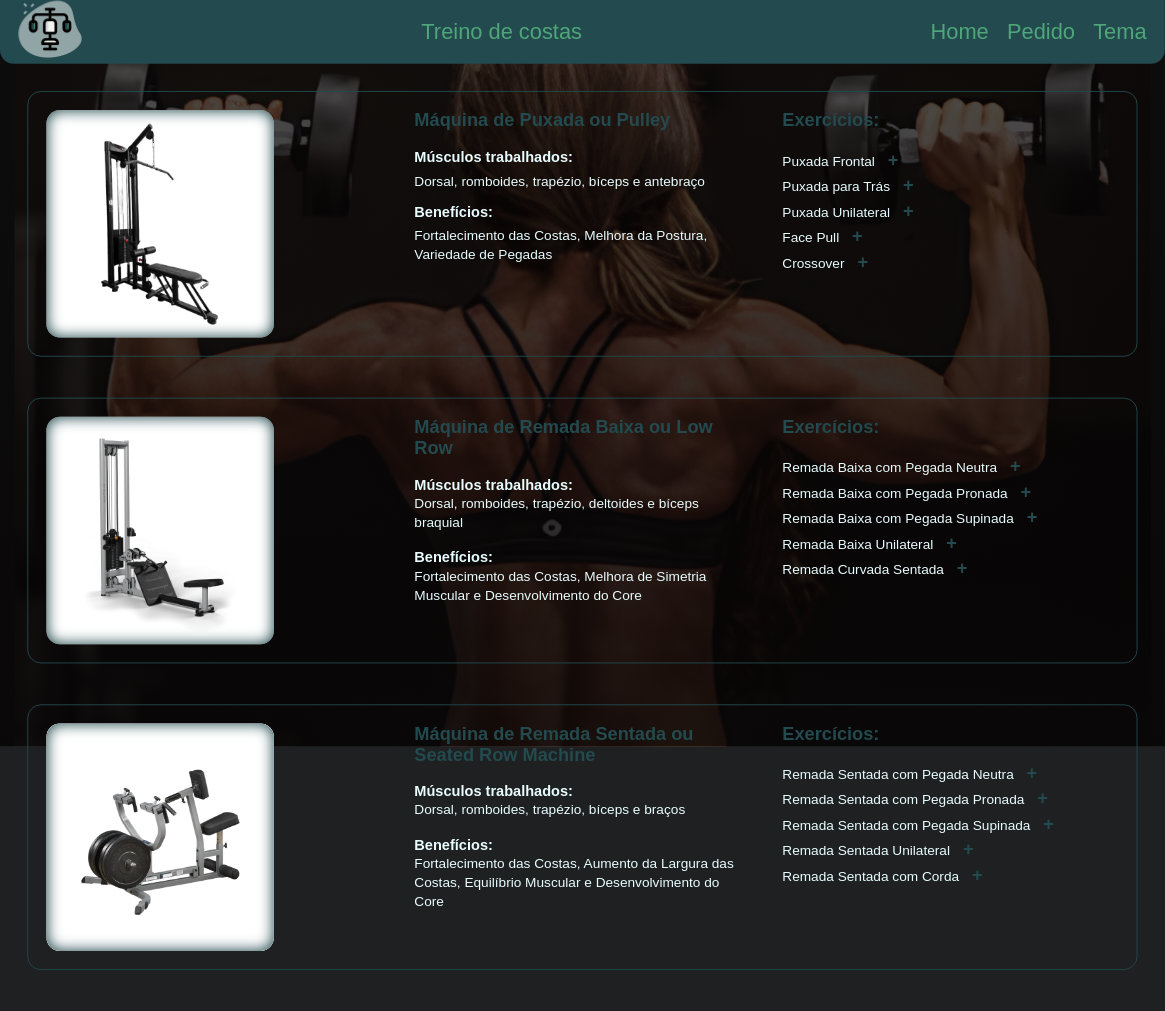
Repository: Marinalr-25/Projeto-Aparelhos-de-Academia
Page: costas.html
An editor plug-in stored every save of this project. The page is shown before and after the next save, followed by the edit.
The browser window is 1280 px wide. The pictures show the whole page, at 91% of full size.
Backgrounds fixed to the window are drawn as part of the page.

Above is the page before, as saved 2025-01-07 15:05:40.
Console error: TypeError: Cannot read properties of null (reading 'addEventListener')

### costas.html
<!DOCTYPE html>
<html lang="pt">
  <head>
    <meta charset="UTF-8" />
    <meta name="viewport" content="width=device-width, initial-scale=1.0" />
    <link rel="stylesheet" href="css/style.css" />
    <link rel="stylesheet" href="css/temas.css" />
    <link
      rel="stylesheet"
      href="css/media-990.css"
      media="(max-width: 990px)"
    />
    <link
      rel="stylesheet"
      href="css/media-767.css"
      media="(max-width: 767px)"
    />

    <link
      rel="stylesheet"
      href="css/media-660.css"
      media="(max-width: 660px)"
    />
    <link
      rel="stylesheet"
      href="css/media-580.css"
      media="(max-width: 580px)"
    />

    <title>costas</title>
  </head>
  <body class="body costas">
    <header class="header sobe">
      <a href="telaPrincipal.html">
        <img class="logo" src="imagens/logoverde.png" alt="logo" />
      </a>
      <p>Treino de costas</p>
      <nav>
        <ul>
          <li class="lista-cabecalho" class="homeCostas">
            <a href="telaPrincipal.html">Home</a>
          </li>
          <li class="lista-cabecalho" id="pedido">
            <a href="pedido.html">Pedido</a>
          </li>
          <li class="lista-cabecalho" id="tema"><a href="#">Tema</a></li>
        </ul>
      </nav>
      <div class="nav-icones">
        <svg
          xmlns="http://www.w3.org/2000/svg"
          class="nav-icone--menu"
          viewBox="0 0 512 512"
        >
          <path
            fill="none"
            stroke="currentColor"
            stroke-linecap="round"
            stroke-miterlimit="10"
            stroke-width="32"
            d="M80 160h352M80 256h352M80 352h352"
          ></path>
        </svg>

        <svg
          xmlns="http://www.w3.org/2000/svg"
          class="nav-icone--fechar"
          viewBox="0 0 512 512"
        >
          <path
            fill="none"
            stroke="currentColor"
            stroke-linecap="round"
            stroke-linejoin="round"
            stroke-width="32"
            d="M368 368L144 144M368 144L144 368"
          ></path>
        </svg>
      </div>
    </header>
    <main class="mainBody move-bottom">
      <section>
        <div class="container">
          <div class="maquinas">
            <div class="img-maquinas">
              <img src="aparelhos/maquina-pulley.png" alt="maquina-pulley" />
            </div>
            <div class="informacoes">
              <div>
                <h2 class="title">Máquina de Puxada ou Pulley</h2>
              </div>
              <div class="separar">
                <div class="infos">
                  <h3 class="h3">Músculos trabalhados:</h3>
                  <p class="info">
                    Dorsal, romboides, trapézio, bíceps e antebraço
                  </p>
                </div>
                <div class="infos">
                  <h3 class="h3">Benefícios:</h3>
                  <p class="info">
                    Fortalecimento das Costas, Melhora da Postura, Variedade de
                    Pegadas
                  </p>
                </div>
              </div>
            </div>
            <div class="exercicios">
              <h3 class="title">Exercícios:</h3>
              <ul>
                <li>
                  Puxada Frontal
                  <span class="mais">+</span>
                  <div class="tooltip">
                    Sente-se na máquina, segure a barra com as mãos afastadas na
                    largura dos ombros (pegada pronada ou neutra) e puxe a barra
                    em direção ao peito, mantendo os cotovelos para baixo e para
                    trás.
                  </div>
                </li>
                <li>
                  Puxada para Trás
                  <span class="mais">+</span>
                  <div class="tooltip">
                    Sente-se na máquina, segure a barra com as palmas para cima
                    e as mãos mais afastadas que a largura dos ombros e puxe a
                    barra em direção ao peito, mantendo os cotovelos para trás e
                    perto do corpo
                  </div>
                </li>
                <li>
                  Puxada Unilateral
                  <span class="mais">+</span>
                  <div class="tooltip">
                    Sente-se ou fique de pé, segurando uma alça com uma mão e
                    mantendo o tronco estável, com a outra mão livre ou
                    segurando o apoio da máquina. Puxe o cabo em direção ao
                    tronco, mantendo o cotovelo próximo ao corpo e a escápula
                    contraída.
                  </div>
                </li>
                <li>
                  Face Pull
                  <span class="mais">+</span>
                  <div class="tooltip">
                    Segure a corda com as duas mãos e puxe o cabo em direção ao
                    rosto, ativando os deltoides posteriores e o trapézio.
                  </div>
                </li>
                <li>
                  Crossover
                  <span class="mais">+</span>
                  <div class="tooltip">
                    Com as cordas ou alças ajustadas nas duas extremidades da
                    máquina, puxe as alças cruzando-as à frente do corpo, como
                    se estivesse tentando juntar as mãos em um movimento de
                    abertura de peito.
                  </div>
                </li>
              </ul>
            </div>
          </div>
          <div class="maquinas">
            <div class="img-maquinas">
              <img src="aparelhos/maquina-low-row.png" alt="maquina-pulley" />
            </div>
            <div class="informacoes">
              <div>
                <h2 class="title">Máquina de Remada Baixa ou Low Row</h2>
              </div>
              <div class="infos">
                <h3 class="h3">Músculos trabalhados:</h3>
                <p class="info">
                  Dorsal, romboides, trapézio, deltoides e bíceps braquial
                </p>
              </div>
              <div class="infos">
                <h3 class="h3">Benefícios:</h3>
                <p class="info">
                  Fortalecimento das Costas, Melhora de Simetria Muscular e
                  Desenvolvimento do Core
                </p>
              </div>
            </div>
            <div class="exercicios">
              <h3 class="title">Exercícios:</h3>
              <ul>
                <li>
                  Remada Baixa com Pegada Neutra
                  <span class="mais">+</span>
                  <div class="tooltip">
                    Esse é o exercício clássico na máquina, onde a pessoa usa um
                    pegador em formato de "V" (pegada neutra) para trabalhar
                    principalmente a espessura da parte média das costas, com
                    foco nos músculos romboides e dorsais
                  </div>
                </li>
                <li>
                  Remada Baixa com Pegada Pronada
                  <span class="mais">+</span>
                  <div class="tooltip">
                    Nessa variação, o pegador é reto e a pegada é com as palmas
                    voltadas para baixo, o que enfatiza mais o trapézio e o
                    latíssimo do dorso, além de dar um estímulo aos romboides
                  </div>
                </li>
                <li>
                  Remada Baixa com Pegada Supinada
                  <span class="mais">+</span>
                  <div class="tooltip">
                    Aqui a pegada é invertida, com as palmas das mãos voltadas
                    para cima. Essa variação ajuda a ativar mais o bíceps junto
                    com as costas, criando um movimento que trabalha tanto a
                    parte superior quanto inferior das costas
                  </div>
                </li>
                <li>
                  Remada Baixa Unilateral
                  <span class="mais">+</span>
                  <div class="tooltip">
                    Esse exercício é feito segurando o pegador com uma única mão
                    de cada vez, permitindo maior foco no lado direito ou
                    esquerdo das costas separadamente, o que ajuda na simetria e
                    força
                  </div>
                </li>
                <li>
                  Remada Curvada Sentada
                  <span class="mais">+</span>
                  <div class="tooltip">
                    Uma variação onde o tronco se inclina ligeiramente para
                    frente antes de puxar o cabo, ativando diferentes áreas dos
                    dorsais e da parte inferior das costas, além de trabalhar a
                    estabilização
                  </div>
                </li>
              </ul>
            </div>
          </div>
          <div class="maquinas">
            <div class="img-maquinas">
              <img
                class="img-maquinas"
                src="aparelhos/seated-row-machine.png"
                alt="maquina-pulley"
              />
            </div>
            <div class="informacoes">
              <div>
                <h2 class="title">
                  Máquina de Remada Sentada ou Seated Row Machine
                </h2>
              </div>
              <div class="infos">
                <h3 class="h3">Músculos trabalhados:</h3>
                <p class="info">Dorsal, romboides, trapézio, bíceps e braços</p>
              </div>
              <div class="infos">
                <h3 class="h3">Benefícios:</h3>
                <p class="info">
                  Fortalecimento das Costas, Aumento da Largura das Costas,
                  Equilíbrio Muscular e Desenvolvimento do Core
                </p>
              </div>
            </div>
            <div class="exercicios">
              <h3 class="title">Exercícios:</h3>
              <ul>
                <li>
                  Remada Sentada com Pegada Neutra
                  <span class="mais">+</span>
                  <div class="tooltip">
                    Segure as alças com as palmas das mãos voltadas uma para a
                    outra (pegada neutra) e puxe em direção ao tronco, mantendo
                    os cotovelos próximos ao corpo e os ombros relaxados.
                    Contraia as escápulas no final do movimento
                  </div>
                </li>
                <li>
                  Remada Sentada com Pegada Pronada
                  <span class="mais">+</span>
                  <div class="tooltip">
                    Segure a barra com as palmas das mãos voltadas para baixo
                    (pegada pronada) e puxe a barra para o corpo, mantendo os
                    cotovelos alinhados com o tronco. Evite balançar o corpo e
                    use um movimento controlado
                  </div>
                </li>
                <li>
                  Remada Sentada com Pegada Supinada
                  <span class="mais">+</span>
                  <div class="tooltip">
                    Segure a barra com as palmas das mãos voltadas para cima
                    (pegada supinada). Puxe a barra em direção ao corpo,
                    mantendo os cotovelos mais baixos e próximos ao tronco
                  </div>
                </li>
                <li>
                  Remada Sentada Unilateral
                  <span class="mais">+</span>
                  <div class="tooltip">
                    Segure a alça com uma mão e puxe o cabo em direção ao
                    tronco. Mantenha o tronco estável e evite torcer o corpo.
                    Repita o movimento para o outro lado
                  </div>
                </li>
                <li>
                  Remada Sentada com Corda
                  <span class="mais">+</span>
                  <div class="tooltip">
                    Use uma corda para segurar as alças e puxe em direção ao
                    tronco, abrindo as mãos ao final do movimento, aumentando a
                    contração nos romboides e trapézio.
                  </div>
                </li>
              </ul>
            </div>
          </div>
        </div>
      </section>
    </main>
    <section class="pop-up-temas">
      <div class="container">
        <div class="bolinha verde"></div>
        <div class="bolinha azul"></div>
        <div class="bolinha rosa"></div>
        <div class="bolinha vermelho"></div>
        <div class="bolinha roxo"></div>
        <div class="bolinha laranja"></div>
        <svg
          xmlns="http://www.w3.org/2000/svg"
          class="icone-fechar"
          viewBox="0 0 512 512"
        >
          <path
            fill="none"
            stroke="currentColor"
            stroke-linecap="round"
            stroke-linejoin="round"
            stroke-width="32"
            d="M368 368L144 144M368 144L144 368"
          ></path>
        </svg>
      </div>
    </section>
    <script src="js/script.js"></script>
    <script src="js/costas.js"></script>
    <script src="js/temas.js"></script>
  </body>
</html>

### css/temas.css
:root {
  --cor-fundo: #234a4e;
  --cor-texto: #4fa679;
  --verde-primario: #234a4e;
  --verde-secundario: #4fa679;
  --azul-primario: #0d6bb2;
  --azul-secundario: #83e3ff;
  --rosa-primario: #ae2478;
  --rosa-secundario: #eed3e4;
  --vermelho-primario: #a50000;
  --vermelho-secundario: #e4b2b2;
  --roxo-primario: #4c4c99;
  --roxo-secundario: #c9c9e0;
  --laranja-primario: #ff6c37;
  --laranja-secundario: #ffd2c3;
}

.pop-up-temas {
  display: none;
  transition: opacity 0.3s ease, transform 0.3s ease;
  &.aberto {
    display: flex;
    position: fixed;
    top: 50%;
    left: 50%;
    transform: translate(-50%, -50%);
    opacity: 1;
    height: 18rem;
    background-color: rgba(0, 0, 0, 0.95);
    border-radius: 1.5rem;

    & .container {
      display: flex;
      justify-content: center;
      align-items: center;
      gap: 1rem;
      flex-direction: row;
      padding: 2rem;
      max-width: 65rem;
      position: relative;

      & .bolinha {
        width: 4rem;
        height: 4rem;
        margin: 0.5rem;
        border-radius: 50%;

        &.verde {
          background: linear-gradient(
            to right,
            var(--verde-primario) 50%,
            var(--verde-secundario) 50%
          );
        }
        &.azul {
          background: linear-gradient(
            to right,
            var(--azul-primario) 50%,
            var(--azul-secundario) 50%
          );
        }

        &.rosa {
          background: linear-gradient(
            to right,
            var(--rosa-primario) 50%,
            var(--rosa-secundario) 50%
          );
        }
        &.vermelho {
          background: linear-gradient(
            to right,
            var(--vermelho-primario) 50%,
            var(--vermelho-secundario) 50%
          );
        }
        &.roxo {
          background: linear-gradient(
            to right,
            var(--roxo-primario) 50%,
            var(--roxo-secundario) 50%
          );
        }
        &.laranja {
          background: linear-gradient(
            to right,
            var(--laranja-primario) 50%,
            var(--laranja-secundario) 50%
          );
        }
      }
      & .icone-fechar {
        display: block;
        position: absolute;
        top: 0;
        right: 0;
        color: var(--cor-texto);
        z-index: 10001;
        width: 5rem;
        height: 5rem;
      }
    }
  }
}

### css/media-990.css
@media all and (max-width: 61.87em) {
  .body.costas {
    background-size: cover;
    & .mainBody {
      margin-top: 5rem;
      & .container {
        & .maquinas {
          display: grid;
          grid-template-columns: repeat(2, 1fr);
          grid-template-rows: auto;
          gap: 1.8rem;

          & .img-maquinas {
            align-self: center;
            grid-column: 1;
            grid-row: 1 / span 2;
            justify-self: center;
            align-self: center;
          }
        }

        & .informacoes {
          max-width: 100%;
          gap: 1rem;
          padding: 0;
          grid-column: 2;
          grid-row: 1;
          & .title {
            font-size: 2rem;
            line-height: 1;
          }

          & .separar {
            gap: 0.6rem;
          }

          & .infos {
            & .h3 {
              font-size: 1.5rem;
            }
            & .info {
              font-size: 1.4rem;
            }
          }
        }

        & .exercicios {
          max-width: 100%;
          gap: 1rem;
          grid-column: 2;
          grid-row: 2;

          & .title {
            font-size: 2rem;
          }

          & ul li {
            font-size: 1.4rem;
            padding-bottom: 0rem;
          }
        }
      }
    }
  }
}

### css/media-767.css
@media all and (max-width: 48em) {
  html {
    font-size: 56.25%;
  }

  .header {
    font-size: 2rem;
  }

  .tela-inicial {
    & .box-inicial {
      & .segunda-tela {
        & .aparelhos {
          width: 15rem;
          &.esquerda {
            top: 15px;
          }
        }
      }
    }
  }

  .body {
    .header {
      & .logo {
        width: 10.7vw;
        height: 10.7vw;
        min-height: 9rem;
        min-width: 9rem;
      }

      nav {
        display: none;
        opacity: 0;
        transform: translateX(100%);
        transition: opacity 0.3s ease;

        &.aberto {
          display: flex;
          opacity: 0.9;
          transform: translateX(0);
        }
      }
      & .nav-icones {
        display: block;
        max-width: 30%;
        width: 5rem;
        height: 5rem;
        margin-right: 2rem;
        margin-left: 2rem;
        color: var(--cor-texto);
        z-index: 10001;
      }
    }
    & .nav-icone--fechar {
      display: none;
    }
    &.aberto {
      opacity: 0.9;
      & nav {
        display: flex;
        flex-direction: column;
        justify-content: center;
        transform: translateX(100%);
        transition: opacity 0.3s ease, transform 0.3s ease;
        align-items: center;
        box-shadow: inset 0 0 0 3px var(--cor-texto);
        background-color: var(--cor-fundo);
        border-top-left-radius: 50px;
        border-bottom-left-radius: 50px;
        opacity: 0.9;
        position: fixed;
        top: 0;
        width: 20%;
        height: 700px;
        right: 0;
        z-index: 1000;
        overflow: hidden;

        & ul {
          flex-direction: column;
          align-items: center;
          & li {
            &:hover {
              text-decoration: underline;
            }
          }
        }
      }
      & .nav-icone--menu {
        display: block;
      }
      & .nav-icone--fechar {
        display: none;
      }
    }

    & .tela-principal {
      & .container {
        & .box {
          &.braco {
            background-image: url(/imagens/braço.png);
          }

          &.perna {
            background-image: url(/imagens/perna.png);
          }

          &.ombro {
            background-image: url(/imagens/ombro.png);
          }

          &.costas {
            background-image: url(/imagens/costasHDrecortada.png);
          }

          &.peito {
            background-image: url(/imagens/peito.png);
          }
          &.abdomen {
            background-image: url(/imagens/abdomen.png);
          }
        }
      }
    }
    &.costas {
      & .mainBody {
        margin-top: 5rem;
        & .container {
          flex-direction: row;
          justify-content: center;
          flex-wrap: wrap;
          padding-top: 3.5rem;
          & .maquinas {
            display: grid;
            grid-template-columns: 1fr;
            grid-template-rows: auto auto auto;
            gap: 2.5rem;
            width: 40rem;
            & .img-maquinas {
              display: block;
              margin: 0 auto;
              grid-column: 1;
              grid-row: 1;
            }

            & .informacoes {
              grid-column: 1;
              grid-row: 2;
              & .title {
                font-size: 2rem;
                line-height: 1;
              }
              & .infos {
                & .h3 {
                  font-size: 1.8rem;
                }
                & .info {
                  font-size: 1.6rem;
                }
              }
            }

            & .exercicios {
              width: 100%;
              gap: 0.5rem;
              grid-column: 1;
              grid-row: 3;

              & ul li {
                font-size: 1.6rem;
                padding-bottom: 0;
              }
            }
          }
        }
      }
    }
  }
}

### css/media-660.css
@media all and (max-width: 41.25em) {
  .tela-inicial {
    & .box-inicial {
      & .primeira-tela {
        justify-content: center;
      }
      & .segunda-tela {
        gap: 1.5rem;
      }
      & .pontos {
        & div {
          width: 0.9rem;
          height: 0.9rem;
        }
        & .primeiro-ponto {
          transform: translate(-25px, 7px);
        }
        & .segundo-ponto {
          transform: translate(0, 0);
        }
        & .terceiro-ponto {
          transform: translate(25px, -7px);
        }
      }
    }

    .topo {
      & .h2-muitoBem {
        text-align: center;
        & #nome-saudacao {
          display: block;
        }
      }
    }
  }

  .body.costas {
    background-size: cover;
  }
}

### css/media-580.css
@media all and (max-width: 36.25em) {
  .tela-inicial {
    & .box-inicial {
      height: 60rem;
      & .pontos {
        & div {
          width: 0.9rem;
        }
        & .primeiro-ponto {
          transform: translate(-25px, -3px);
        }
        & .segundo-ponto {
          transform: translate(0, -10px);
        }
        & .terceiro-ponto {
          transform: translate(25px, -17px);
        }
      }
    }
  }
}

Loaded but not shown: js/temas.js (93 lines, source omitted); js/script.js (83 lines, source omitted); js/costas.js (18 lines, source omitted); css/style.css (564 lines, source omitted)

After the next save:
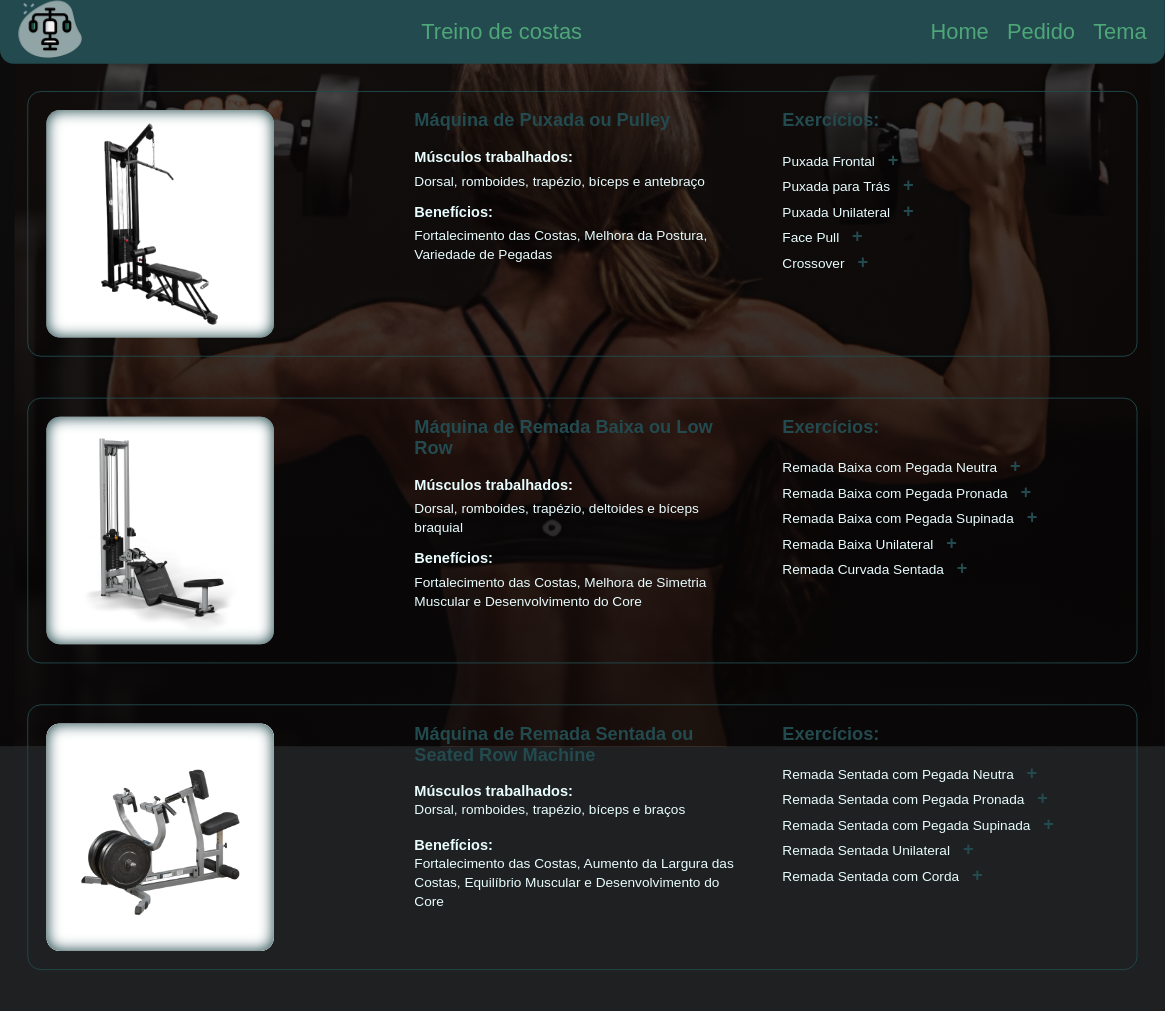
Saved 5 s later.
--- a/costas.html
+++ b/costas.html
@@ -168,18 +168,20 @@
               <div>
                 <h2 class="title">Máquina de Remada Baixa ou Low Row</h2>
               </div>
-              <div class="infos">
-                <h3 class="h3">Músculos trabalhados:</h3>
-                <p class="info">
-                  Dorsal, romboides, trapézio, deltoides e bíceps braquial
-                </p>
-              </div>
-              <div class="infos">
-                <h3 class="h3">Benefícios:</h3>
-                <p class="info">
-                  Fortalecimento das Costas, Melhora de Simetria Muscular e
-                  Desenvolvimento do Core
-                </p>
+              <div class="separar">
+                <div class="infos">
+                  <h3 class="h3">Músculos trabalhados:</h3>
+                  <p class="info">
+                    Dorsal, romboides, trapézio, deltoides e bíceps braquial
+                  </p>
+                </div>
+                <div class="infos">
+                  <h3 class="h3">Benefícios:</h3>
+                  <p class="info">
+                    Fortalecimento das Costas, Melhora de Simetria Muscular e
+                    Desenvolvimento do Core
+                  </p>
+                </div>
               </div>
             </div>
             <div class="exercicios">
